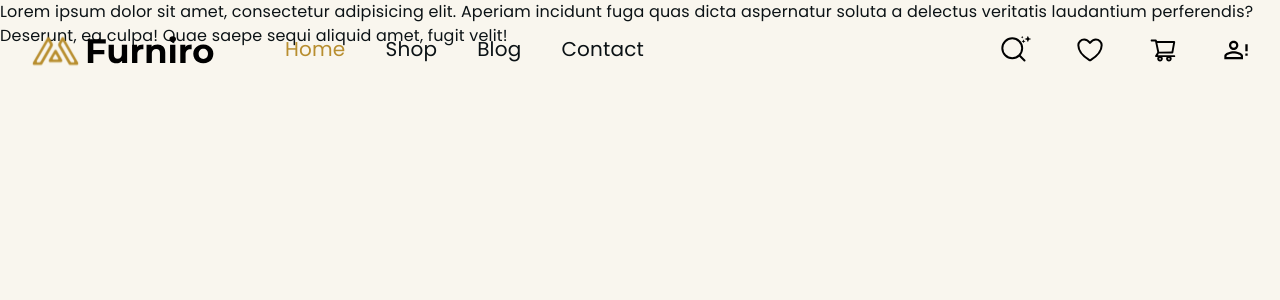
Repository: binhphanbp/furniro-interior_website
Page: index.html
The author's editor kept a copy of each file at every save. The page is drawn from the files as they stood at one save, then again after the next save.
The browser window is 1280 px wide. The pictures show the whole page.

Above is the page before, as saved 2025-02-19 23:49:53.

### index.html
<!DOCTYPE html>
<html lang="en">
  <head>
    <meta charset="UTF-8" />
    <meta name="viewport" content="width=device-width, initial-scale=1.0" />
    <title>Furniro</title>

    <!-- Favicon -->
    <link rel="shortcut icon" href="./icons/favicon.ico" type="image/x-icon" />
    <link rel="icon" href="./icons/favicon.ico" type="image/x-icon" />

    <!-- Link CSS -->
    <link rel="stylesheet" href="./src/assets/styles/main.css" />
  </head>
  <body class="homepage">
    <!-- PROGRESS BAR -->
    <div class="progress-container">
      <div class="progress-bar"></div>
    </div>

    <!-- HEADER -->

    <header class="header">
      <div class="container">
        <nav class="header__menu">
          <a class="header__logo" href="#">
            <img src="./icons/furniro-logo-type.svg" alt="logo-furniro" />
          </a>
          <ul class="header__menu-list">
            <li>
              <a href="#" class="--active">home</a>
            </li>
            <li>
              <a href="./src/pages/shop.html">shop</a>
            </li>
            <li>
              <a href="./src/pages/blog.html">blog</a>
            </li>
            <li>
              <a href="./src/pages/contact.html">contact</a>
            </li>
          </ul>
        </nav>
        <ul class="header__icons">
          <li class="header__icons-item">
            <img src="./icons/icon-search.svg" alt="icon-search" />
          </li>
          <li class="header__icons-item">
            <a href="#">
              <img src="./icons/icon-heart.svg" alt="icon-heart" />
            </a>
          </li>
          <li class="header__icons-item">
            <a href="./src/pages/cart.html">
              <img src="./icons/icon-cart.svg" alt="icon-cart"
            /></a>
          </li>
          <li class="header__icons-item">
            <a href="#">
              <img src="./icons/icon-account-alert.svg" alt="icon-account" />
            </a>
          </li>
        </ul>
      </div>
    </header>

    <!-- MAIN -->
    <main class="main">
      <p>
        Lorem ipsum dolor sit amet, consectetur adipisicing elit. Aperiam
        incidunt fuga quas dicta aspernatur soluta a delectus veritatis
        laudantium perferendis? Deserunt, ea culpa! Quae saepe sequi aliquid
        amet, fugit velit!
      </p>
      <!-- Section Hero -->
      <section class="schero">
        <div class="container"></div>
      </section>

      <!-- Section Menu -->
      <section class="scmenu">
        <div class="container"></div>
      </section>

      <!-- Section Services -->
      <section class="scservices">
        <div class="container"></div>
      </section>

      <!-- Section Delivery -->
      <section class="scdelivery">
        <div class="container"></div>
      </section>

      <!-- Section Our Customers -->
      <section class="sccustomers">
        <div class="container"></div>
      </section>

      <!-- Section Our Blog -->
      <section class="scblog">
        <div class="container"></div>
      </section>
    </main>

    <!-- FOOTER -->
    <footer class="footer">
      <div class="container"></div>
    </footer>

    <!-- JavaScript -->
    <script type="module" src="./src/scripts/main.js"></script>
  </body>
</html>

### src/assets/styles/main.css
/* Reset CSS */
@import './base/reset.css';

/* Font */
@import './base/variables.css';
@import './base/fonts.css';

/* Layouts (General Structure) */
@import './base/layouts.css';

/* Components */
@import './components/header.css';
@import './components/footer.css';
@import './components/components.css';

/* Pages */
@import './pages/home.css';
@import './pages/shop.css';
@import './pages/shop-details.css';
@import './pages/cart.css';
@import './pages/checkout.css';
@import './pages/product-comparison.css';
@import './pages/blog.css';
@import './pages/contact.css';

### src/assets/styles/base/reset.css
* {
  margin: 0;
  padding: 0;
  border: 0;
  font-size: 100%;
  font: inherit;
  vertical-align: baseline;
  box-sizing: border-box;
}
body {
  line-height: 1;
}
ol,
ul {
  list-style: none;
}
blockquote,
q {
  quotes: none;
}
blockquote:before,
blockquote:after,
q:before,
q:after {
  content: '';
  content: none;
}
table {
  border-collapse: collapse;
  border-spacing: 0;
}
img,
object,
embed {
  max-width: 100%;
}

a {
  text-decoration: none;
  outline: 0;
}
strong {
  font-family: db;
}
sub {
  vertical-align: sub;
  font-size: smaller;
}
sup {
  vertical-align: super;
  font-size: smaller;
}

### src/assets/styles/base/variables.css
:root {
  /* Page Setting Variables */
  --max-width-page: 2560px;
  --max-width-container-fluid: 1920px;
  --max-width-container: calc(1236px + calc(var(--gap) * 2));

  --gap: 30px;
  --pd-left-right: 20px;

  /* Color Variables */
  --primary-cl: #b88e2f;
  --primary-cl-hover: #d3ac51;
  --secondary-cl: #fff3e3;
  --tertiary-cl: #f3e9dc;

  --white-page-cl: #f9f6ee;
  --black-cl: #0b1215;

  --gray-dark-cl: #898989;
  --gray-light-cl: #9f9f9f;
  --product-hover: #3a3a3a;

  --red-cl: #e97171;
  --green-cl: #2ec1ac;
  --purple-cl: #816dfa;

  /* Font-size, Line-height, Letter-spacing Variables: */
  --fs-h1: 5.6rem;
  --lh-h1: 6.5rem;
  --ls-h1: 2px;

  --fs-h2: 4rem;
  --lh-h2: 4.8rem;
  --ls-h2: 0.25px;

  --fs-h3: 2.4rem;
  --lh-h3: 2.8rem;
  --ls-h3: 0.1px;

  --fs-text-button: 1.6rem;
  --lh-text-button: 2.4rem;
  --ls-text-button: 0.2px;

  --fs-body: 1.6rem;
  --lh-body: 2.4rem;
  --ls-body: 0.2px;

  /* Fonts: */
  --font-body: ppr;
  --font-body-light: ppl;
  --font-body-medium: ppm;
  --font-body-semibold: ppsb;
  --font-body-bold: ppb;

  /* General Variables */
  --height-header: 100px;
  --height-footer: 505px;
  --height-button: 48px;
  --height-button-medium: 64px;
  --height-button-large: 74px;
  --pd-section: 60px;

  /* Timing Transition Variables: */
  --duration: 0.4s;
  --cubic: cubic-bezier(0.59, 0.29, 0.15, 0.93);
}

### src/assets/styles/base/fonts.css
@font-face {
  font-family: 'ppl';
  src: url('../../fonts/Poppins-Light.woff2') format('woff2'),
    url('../../fonts/Poppins-Light.woff') format('woff');
  font-weight: 300;
  font-style: normal;
  font-display: swap;
}

@font-face {
  font-family: 'ppr';
  src: url('../../fonts/Poppins-Regular.woff2') format('woff2'),
    url('../../fonts/Poppins-Regular.woff') format('woff');
  font-weight: normal;
  font-style: normal;
  font-display: swap;
}

@font-face {
  font-family: 'ppm';
  src: url('../../fonts/Poppins-Medium.woff2') format('woff2'),
    url('../../fonts/Poppins-Medium.woff') format('woff');
  font-weight: 500;
  font-style: normal;
  font-display: swap;
}

@font-face {
  font-family: 'ppsb';
  src: url('../../fonts/Poppins-SemiBold.woff2') format('woff2'),
    url('../../fonts/Poppins-SemiBold.woff') format('woff');
  font-weight: 600;
  font-style: normal;
  font-display: swap;
}

@font-face {
  font-family: 'ppb';
  src: url('../../fonts/Poppins-Bold.woff2') format('woff2'),
    url('../../fonts/Poppins-Bold.woff') format('woff');
  font-weight: bold;
  font-style: normal;
  font-display: swap;
}

### src/assets/styles/base/layouts.css
html {
  font-size: 62.5%;

  scroll-behavior: smooth;

  /* CUSTOM SCROLLBAR */
  /* width */
  ::-webkit-scrollbar {
    width: 10px;
  }
  /* Track */
  ::-webkit-scrollbar-track {
    background: var(--gray-light-cl);
  }
  /* Handle */
  ::-webkit-scrollbar-thumb {
    background: var(--primary-cl);
    border-radius: 40px;
  }
  /* Handle on hover */
  ::-webkit-scrollbar-thumb:hover {
    background: var(--gray-dark-cl);
  }

  /* Custom background-color text selection */
  ::-moz-selection {
    color: var(--white-page-cl);
    background: var(--primary-cl);
  }
  ::selection {
    color: var(--white-page-cl);
    background: var(--primary-cl);
  }
}

body {
  background-color: var(--white-page-cl);
  width: 100%;
  max-width: var(--max-width-page);
  margin: auto;

  color: var(--black-cl);
  font-family: var(--font-body);
  font-size: var(--fs-body);
  line-height: var(--lh-body);
  letter-spacing: var(--ls-body);
}

.container-fluid {
  width: 100%;
  max-width: var(--max-width-container-fluid);
  padding-right: var(--gap);
  padding-left: var(--gap);
  margin-right: auto;
  margin-left: auto;
  position: relative;
}

.container {
  width: 100%;
  max-width: var(--max-width-container);
  padding-right: var(--gap);
  padding-left: var(--gap);
  margin-right: auto;
  margin-left: auto;
  position: relative;
}

.main {
  position: relative;
}

section .ptb {
  padding: var(--pd-section) 0;
}
section .pt {
  padding: var(--pd-section);
}
section .pb {
  padding: var(--pd-section);
}

### src/assets/styles/components/header.css
.header {
  position: absolute;
  top: 0;
  z-index: 3;
  width: 100%;
  max-width: var(--max-width-page);
  height: var(--height-header);
}

.header .container {
  display: flex;
  align-items: center;
  justify-content: space-between;
  height: 100%;
}

.header .header__menu {
  display: flex;
  align-items: center;
  gap: 50px;
}

/* Header Menu */
.header .header__menu .header__menu-list {
  display: flex;
}

.header .header__menu .header__menu-list li a {
  padding: 8px var(--pd-left-right);
  text-transform: capitalize;
  font-size: 2rem;
  color: var(--black-cl);
  text-wrap: nowrap;
  cursor: pointer;

  transition: var(--duration);
  -webkit-transition: var(--duration);
  -moz-transition: var(--duration);
  -ms-transition: var(--duration);
  -o-transition: var(--duration);
}
.header .header__menu .header__menu-list li a:hover,
.header .header__menu .header__menu-list li a.--active {
  color: var(--primary-cl);
}

.header .header__menu .header__menu-list li a::after {
  content: '';
  display: block;
  /* width: calc(100% - calc(var(--padding-lf) * 2)); */
  width: 0;
  height: 2px;
  background-color: var(--primary-cl);
  position: absolute;
  bottom: 0;
  left: 50%;
  transform: translateX(-50%);

  transition: var(--duration);
  -webkit-transition: var(--duration);
  -moz-transition: var(--duration);
  -ms-transition: var(--duration);
  -o-transition: var(--duration);
}
.header .header__menu .header__menu-list li a::after:hover,
.header .header__menu .header__menu-list li a::after.--active {
  width: calc(100% - calc(var(--pd-left-right) * 2));
}

/* Header Icons */
.header .header__icons {
  display: flex;
  gap: 45px;
}

### src/assets/styles/components/components.css
img {
  max-width: 100%;
  -webkit-user-select: none;
  -moz-user-select: none;
  -ms-user-select: none;
  user-select: none;
  display: block;
  outline: 0;
  object-fit: contain;
}

img .--center {
  margin: 0 auto;
  display: block;
}

.--hidden {
  display: none;
}

.--disable-scroll {
  height: 100vh;
  overflow: hidden;
}

/* Progress Bar */
.progress-container {
  position: fixed;
  top: 0;
  left: 0;
  width: 100%;
  height: 5px;
  background: var(--white-page-cl);
}

.progress-bar {
  height: 100%;
  background: var(--primary-cl);
  width: 0%;

  /* Scroll-driven animation */
  animation: grow linear;
  animation-timeline: scroll();
}

@keyframes grow {
  from {
    width: 0%;
  }
  to {
    width: 100%;
  }
}

/* Heading */
.heading {
  font-family: prb;
  color: var(--black-cl);
  text-transform: uppercase;
}
.heading .--h1 {
  font-size: var(--fs-h1);
  line-height: var(--lh-h1);
  letter-spacing: var(--ls-h1);
}
.heading .--h2 {
  font-size: var(--fs-h2);
  line-height: var(--lh-h2);
  letter-spacing: var(--ls-h2);
}
.heading .--h3 {
  font-size: var(--fs-h3);
  line-height: var(--lh-h3);
  letter-spacing: var(--ls-h3);
}
.heading .--primary-cl {
  color: var(--primary-cl);
}
.heading .--gray-light-cl {
  color: var(--gray-light-cl);
}

.textbutton {
  font-family: var(--font-body-semibold);
  font-size: var(--fs-text-button);
  line-height: var(--lh-text-button);
  letter-spacing: var(--ls-text-button);
}
/* Textbox */
.textbox .--align-center {
  text-align: center;
}

.textbox .desc {
  margin-top: 10px;
  color: var(--gray-dark-cl);
}

/* BUTTON */
.btn {
  display: inline-flex;
  align-items: center;
  justify-content: center;
  gap: 10px;
  padding: 0 36px;

  height: var(--height-button);
  font-family: var(--font-body-semibold);
  border: var(--primary-cl) solid 1px;
  background-color: var(--primary-cl);
  color: var(--white-page-cl);

  white-space: nowrap;
  cursor: pointer;
  transition: var(--duration);
  -webkit-transition: var(--duration);
  -moz-transition: var(--duration);
  -ms-transition: var(--duration);
  -o-transition: var(--duration);
}
.btn:hover {
  border: var(--white-page-cl) solid 1px;
  background-color: var(--primary-cl);
  color: var(--primary-cl);
}

.btn .--large {
  height: var(--height-button-large);
  padding: 0 72px;

  font-family: var(--font-body-bold);
  text-transform: uppercase;
}

.btn .--stroke {
  height: 48px;
  padding: 0 78px;
  background-color: transparent;
  color: var(--primary-cl);
  stroke: 1px solid var(--primary-cl);
}
.btn .--stroke:hover {
  background-color: var(--primary-cl);
  color: var(--white-page-cl);
}

.btn .--stroke-black {
  height: 48px;
  padding: 0 48px;
  background-color: transparent;
  color: var(--black-cl);
  stroke: 1px solid var(--black-cl);
}
.btn .--stroke-black:hover {
  background-color: var(--black-cl);
  color: var(--white-page-cl);
}

/* Button Pagination */
.btn-pagination {
  height: 60px;
  padding: 0 27px;

  background-color: var(--secondary-cl);
  color: var(--black-cl);
}
.btn-pagination:hover {
  background-color: var(--primary-cl-hover);
  color: var(--white-page-cl);
}
.btn-pagination .--active {
  background-color: var(--primary-cl);
  color: var(--white-page-cl);
}

Loaded but not shown: src/scripts/main.js (no stored copy; drawn as an empty file); src/assets/styles/components/footer.css (no stored copy; drawn as an empty file); src/assets/styles/pages/home.css (no stored copy; drawn as an empty file); src/assets/styles/pages/shop.css (no stored copy; drawn as an empty file); src/assets/styles/pages/shop-details.css (no stored copy; drawn as an empty file); src/assets/styles/pages/cart.css (no stored copy; drawn as an empty file); src/assets/styles/pages/checkout.css (no stored copy; drawn as an empty file); src/assets/styles/pages/product-comparison.css (no stored copy; drawn as an empty file); src/assets/styles/pages/blog.css (no stored copy; drawn as an empty file); src/assets/styles/pages/contact.css (no stored copy; drawn as an empty file)

After the next save:
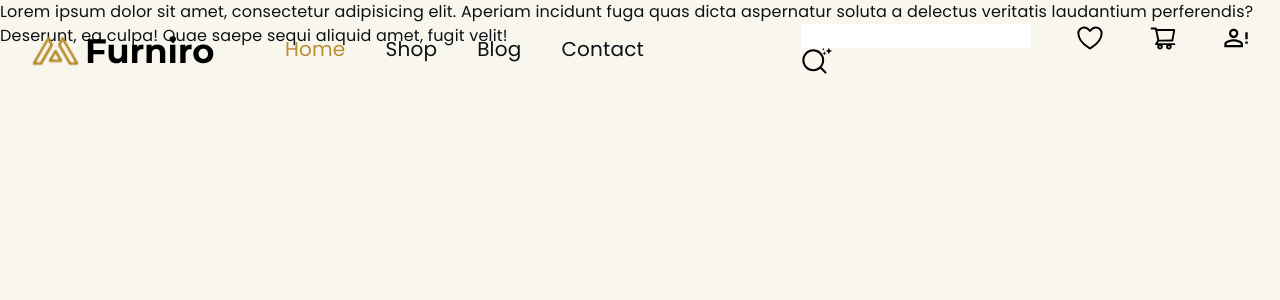
Saved 5 s later.
--- a/index.html
+++ b/index.html
@@ -43,6 +43,7 @@
         </nav>
         <ul class="header__icons">
           <li class="header__icons-item">
+            <input type="text" />
             <img src="./icons/icon-search.svg" alt="icon-search" />
           </li>
           <li class="header__icons-item">
